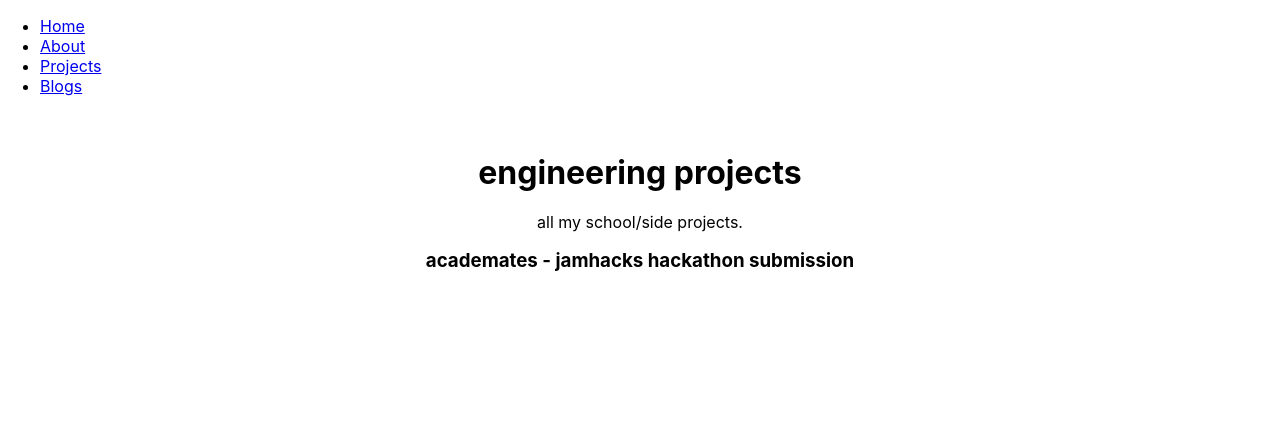
Repository: nicholaschen09/personalWebsite
Page: /projects/engineering
An editor plug-in stored every save of this project. The page is shown before and after the next save, followed by the edit.
The browser window is 1280 px wide. The pictures show the whole page.
The project was rebuilt for these pictures with package versions that can differ from the ones it lists, and the page was loaded fresh each time. Also part of the build but not shown: src/components/About.css, src/components/About.js, src/components/Home.js, src/components/Projects.css, src/components/Projects.js, src/components/Blog.css, src/components/Blog.js, src/components/Miscellaneous.css and 3 more.

Above is the page before, as saved 2024-07-17 22:34:44.

### src/App.js
import React from 'react';
import { BrowserRouter as Router, Route, Routes, Link } from 'react-router-dom';
import About from './components/About.js';
import Home from './components/Home.js';
import Projects from './components/Projects.js';
import Blog from './components/Blog.js';
import Miscellaneous from './components/Miscellaneous.js';
import Design from './components/Design.js';
import Engineering from './components/Engineering.js';

function App() {
  return (
    <Router>
      <div>
        <nav>
          <ul>
            <li>
              <Link to="/">Home</Link>
            </li>
            <li>
              <Link to="/about">About</Link>
            </li>
            <li>
              <Link to="/projects">Projects</Link>
            </li>
            <li>
              <Link to="/blogs">Blogs</Link>
            </li>
          </ul>
        </nav>

        <Routes>
          <Route path="/about" element={<About />} />
          <Route path="/" element={<Home />} />
          <Route path="/projects" element={<Projects />} />
          <Route path="/blogs" element={<Blog />} />
          <Route path="/projects/miscellaneous" element={<Miscellaneous />} />
          <Route path="/projects/design" element={<Design />} />
          <Route path="/projects/engineering" element={<Engineering />} />
        </Routes>
      </div>
    </Router>
  );
}

export default App;

### src/components/Engineering.js
import React from 'react';
import './Engineering.css';

const Engineering = () => {
    return (
        <div className="engineering">
            <h1>engineering projects </h1>
            <p>all my school/side projects.</p>
        <div className="academates"></div>
            <h3>academates - jamhacks hackathon submission</h3>
        </div>


    );
};

export default Engineering;

### src/components/Home.css
/* src/components/Home/Home.css */
.home {
    text-align: center;
    padding: 100px;
    width: 700px;
    margin-left: auto;
    margin-right: auto;
}
.DinnerImage {
    width: 70%;
    height: 70%;
    margin-left: auto;
    margin-right: auto;
    display: block;
}
p {
    line-height: 1;
}

### src/components/Engineering.css
.engineering {
    text-align: center;
    padding: 20px;
}

Loaded but not shown: public/index.html (common file); src/index.js (common file); src/index.css (common file); src/reportWebVitals.js (common file)

After the next save:
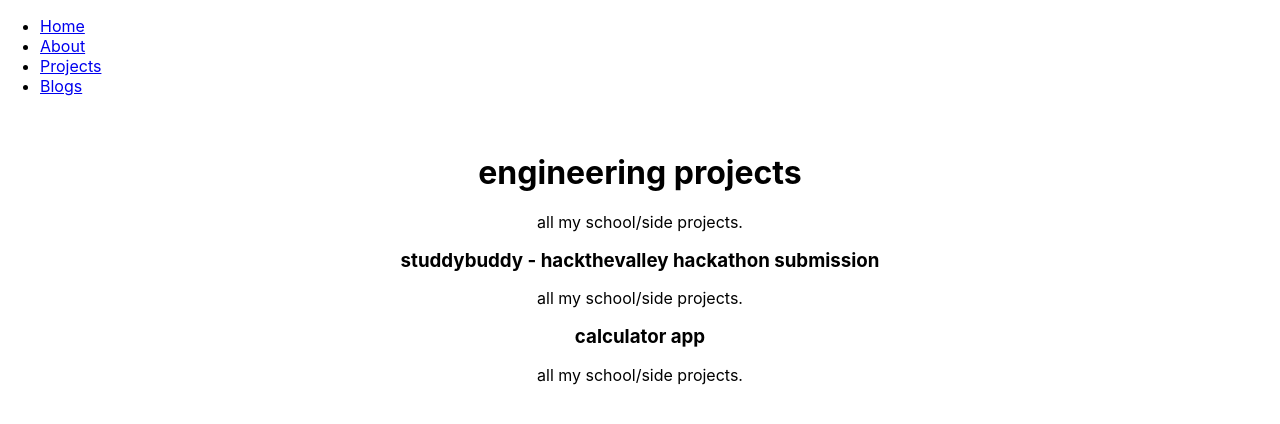
Saved 4 min 58 s later.
--- a/src/components/Engineering.js
+++ b/src/components/Engineering.js
@@ -6,9 +6,13 @@ const Engineering = () => {
         <div className="engineering">
             <h1>engineering projects </h1>
             <p>all my school/side projects.</p>
-        <div className="academates"></div>
-            <h3>academates - jamhacks hackathon submission</h3>
-        </div>
+        <div className="studdybuddy"></div>
+            <h3>studdybuddy - hackthevalley hackathon submission</h3>
+            <p>all my school/side projects.</p>
+        <div className="mobile calculator"></div>
+        <h3>calculator app</h3>
+        <p>all my school/side projects.</p>
+    </div>
 
 
     );
